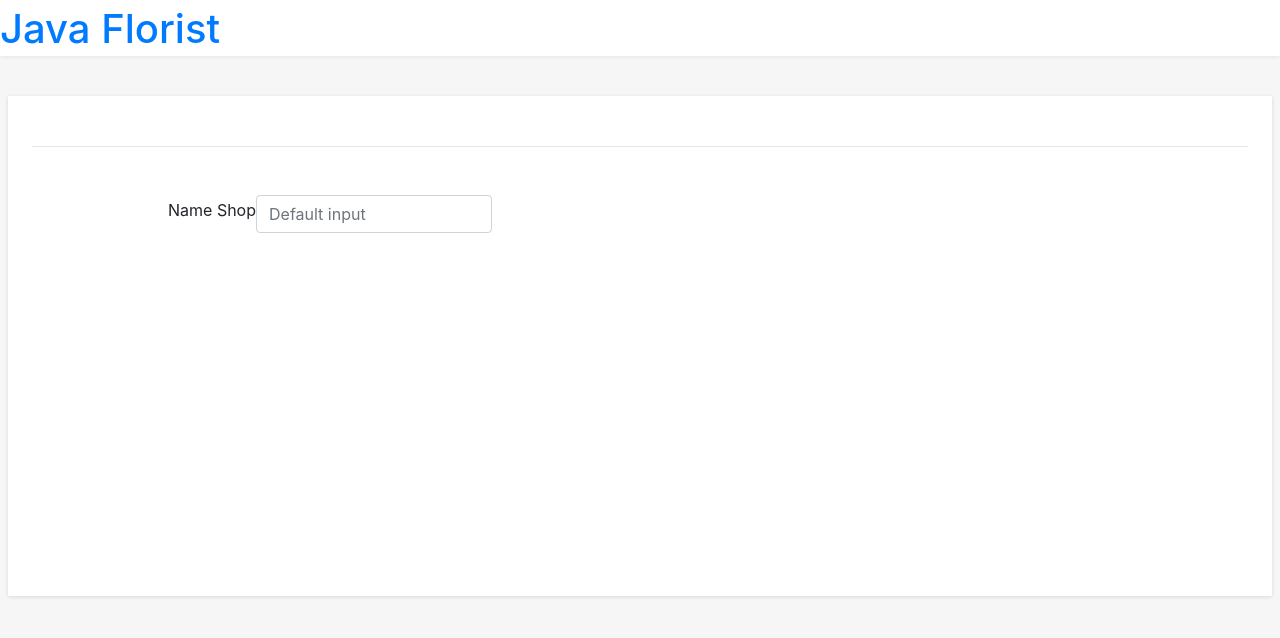
Repository: hienttm/flower-java-florist
Page: JavaFlorist/JavaFlorist/wwwroot/BecomePartner/index.html
These files come from the project's save history. The page is drawn as it stood at one moment and after a run of saves; the edit follows.
The browser window is 1280 px wide. The pictures show the whole page.
Some web libraries are served in a nearby version.

Above is the page before, as saved 2023-12-29 17:48:39.

After the next 2 saves:
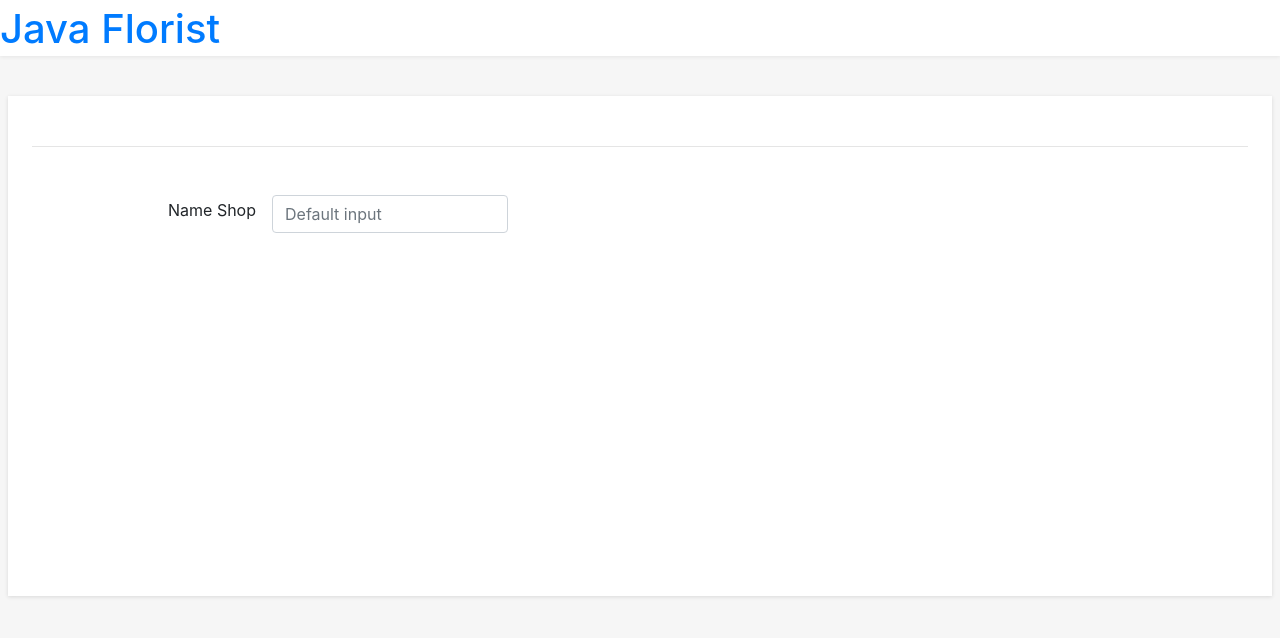
The 2 saves are shown as one change because they came seconds apart.
The last was saved 10 s later.
--- a/JavaFlorist/JavaFlorist/wwwroot/BecomePartner/index.html
+++ b/JavaFlorist/JavaFlorist/wwwroot/BecomePartner/index.html
@@ -31,7 +31,7 @@
                         <div class="form-input">
                             <form action="">
                                 <div class="onboarding-form-item d-flex align-items-center">
-                                    <label class="p" for="">Name Shop</label>
+                                    <label class="pr-3" for="">Name Shop</label>
                                     <input class="form-control w-25" type="text" placeholder="Default input">
                                 </div>
                             </form>
